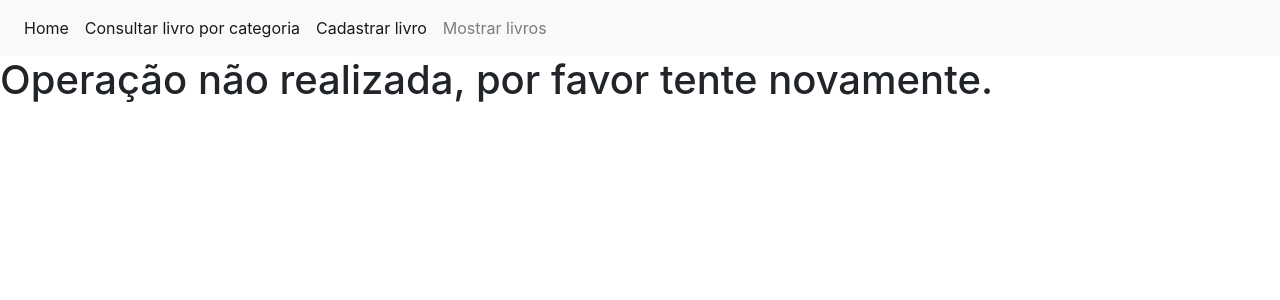
Repository: SrtaVerdant/projeto-livraria
Page: http://localhost/ProjetoLivraria/error.jsp
An editor plug-in stored every save of this project. The page is shown before and after the next save, followed by the edit.
The browser window is 1280 px wide. The pictures show the whole page.
Some web libraries are served in a nearby version. The page is served by Tomcat 9.

Above is the page before, as saved 2022-10-30 00:48:42.

After the next save:
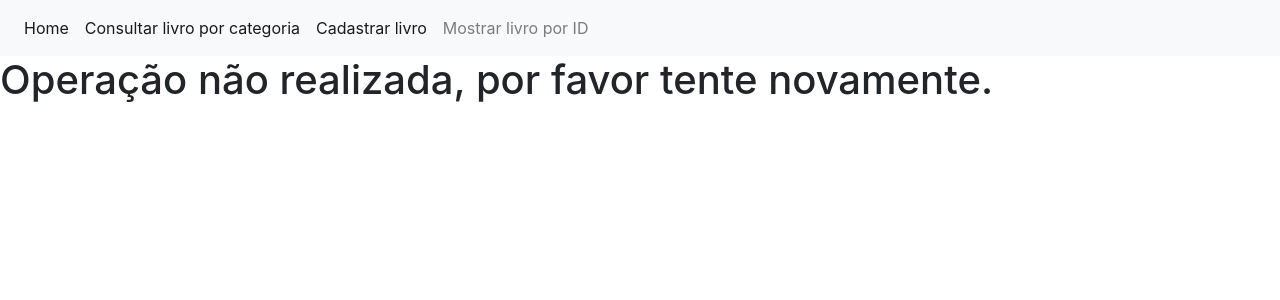
Saved 33 s later.
--- a/ProjetoLivraria/src/main/webapp/error.jsp
+++ b/ProjetoLivraria/src/main/webapp/error.jsp
@@ -29,13 +29,13 @@
 	        <a class="nav-link" href="index.jsp">Home<span class="sr-only">(current)</span></a>
 	      </li>
 	   		<li class="nav-item active">
-	        <a class="nav-link" href="consultar.jsp">Consultar livro por categoria <span class="sr-only">(current)</span></a>
+	        <a class="nav-link" href="consultar.jsp">Consultar livro por categoria</a>
 	      </li>
 	      <li class="nav-item active">
-	        <a class="nav-link" href="adicionar.jsp">Cadastrar livro <span class="sr-only">(current)</span></a>
+	        <a class="nav-link" href="adicionar.jsp">Cadastrar livro</a>
 	      </li>
 	      <li class="nav-item">
-	        <a class="nav-link" href="#">Mostrar livros</a>
+	        <a class="nav-link" href="#">Mostrar livro por ID</a>
 	      </li>
 	    </ul>
 	  </div>
